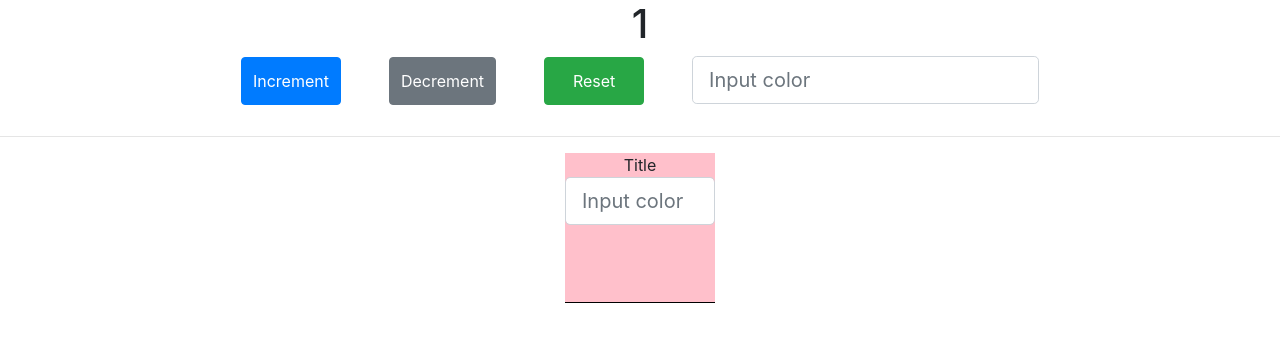
Repository: tts2610/redux-counter
Page: /
The author's editor kept a copy of each file at every save. The page is drawn from the files as they stood at one save, then again after a run of saves.
The browser window is 1280 px wide. The pictures show the whole page.
The project was rebuilt for these pictures with package versions that can differ from the ones it lists, and the page was loaded fresh each time.

Above is the page before, as saved 2020-06-09 19:07:52.

### src/index.js
import React from "react";
import ReactDOM from "react-dom";
import "./index.css";
import App from "./App";
import * as serviceWorker from "./serviceWorker";
import { createStore } from "redux";
import { Provider } from "react-redux";

const initialState = {
  count: 1,
  color: "pink",
  divArr: {},
};

// function countReducer(state = initialState, action) {
//   switch (action.type) {
//     case "INCREMENT":
//       return {
//         count: state.count + 1,
//         color: action.payload,
//       };
//     case "DECREMENT":
//       return {
//         count: state.count - 1 < 1 ? 1 : state.count - 1,
//         color: action.payload,
//       };
//     case "RESET":
//       return {
//         count: 1,
//         color: action.payload,
//       };
//     case "CHANGECOLOR":
//       return {
//         count: state.count,
//         color: action.payload,
//       };
//     case "CHANGEINDIVIDUAL":
//       return {
//         count: state.count,
//         color: action.payload,
//         divArr: (state.divArr[action.payload.id] = action.payload.color),
//       };
//     default:
//       return state;
//   }
// }

function reducer(state = initialState, action) {
  if (action.type === "INCREMENT") {
    state.count++;
  } else if (action.type === "DECREMENT") {
    state.count = state.count - 1 < 1 ? 1 : state.count - 1;
  } else if (action.type === "CHANGECOLOR") {
    state.color = action.payload.all;
  } else if (action.type === "CHANGEINDIVIDUAL") {
    state.divArr[action.payload.id] = action.payload.color;
  }
  state.divArr = { ...state.divArr };
  return { ...state };
}

const store = createStore(
  reducer,
  // Hooks up Redux Devtools
  window.__REDUX_DEVTOOLS_EXTENSION__ && window.__REDUX_DEVTOOLS_EXTENSION__()
);

ReactDOM.render(
  <Provider store={store}>
    <App />
  </Provider>,
  document.getElementById("root")
);

// If you want your app to work offline and load faster, you can change
// unregister() to register() below. Note this comes with some pitfalls.
// Learn more about service workers: https://bit.ly/CRA-PWA
serviceWorker.unregister();

### src/App.js
import React from "react";
import "./App.css";
import { useSelector, useDispatch } from "react-redux";
import "bootstrap/dist/css/bootstrap.min.css";
import { Form, Button } from "react-bootstrap";
import { findByLabelText } from "@testing-library/react";

function App() {
  const count = useSelector((state) => state.count);
  const color = useSelector((state) => state.color);
  const divArr = useSelector((state) => state.divArr);
  const dispatch = useDispatch();
  let divList = [];
  for (let index = 0; index < count; index++) {
    divList.push(
      <div
        style={{
          display: "flex",
          flexDirection: "column",
          width: "150px",
          height: "150px",
          backgroundColor: `${divArr[index] ? divArr[index] : color}`,
          margin: "0 auto",
          borderBottom: "1px solid black",
        }}
        value={index}
      >
        <div>Title</div>
        <Form.Group>
          <Form.Control
            size="lg"
            onChange={(e) => handleOnChange(e, index)}
            type="text"
            placeholder="Input color"
          />
        </Form.Group>
      </div>
    );
  }

  const handleOnChange = (e, id) => {
    dispatch({
      type: "CHANGEINDIVIDUAL",
      payload: { id: id, color: e.target.value },
    });
  };

  return (
    <div className="App">
      <h1>{count}</h1>
      <div
        style={{
          display: "flex",
          justifyContent: "center",
          alignItems: "baseline",
        }}
      >
        <Button
          onClick={() => dispatch({ type: "INCREMENT", payload: color })}
          variant="primary"
          className="mr-5"
          style={{ minWidth: "100px", padding: "11px" }}
        >
          Increment
        </Button>{" "}
        <Button
          onClick={() => dispatch({ type: "DECREMENT", payload: color })}
          variant="secondary"
          className="mr-5"
          style={{ minWidth: "100px", padding: "11px" }}
        >
          Decrement
        </Button>{" "}
        <Button
          onClick={() => dispatch({ type: "RESET", payload: color })}
          variant="success"
          className="mr-5"
          style={{ minWidth: "100px", padding: "11px" }}
        >
          Reset
        </Button>{" "}
        <Form.Group>
          <Form.Control
            size="lg"
            onChange={(e) =>
              dispatch({
                type: "CHANGECOLOR",
                payload: {
                  all: e.target.value === "" ? "pink" : e.target.value,
                },
              })
            }
            type="text"
            placeholder="Input color"
          />
        </Form.Group>
      </div>
      <hr></hr>
      {divList}
    </div>
  );
}

export default App;

Loaded but not shown: public/index.html (common file); src/index.css (common file); src/serviceWorker.js (common file); src/App.css (common file)

After the next 2 saves:
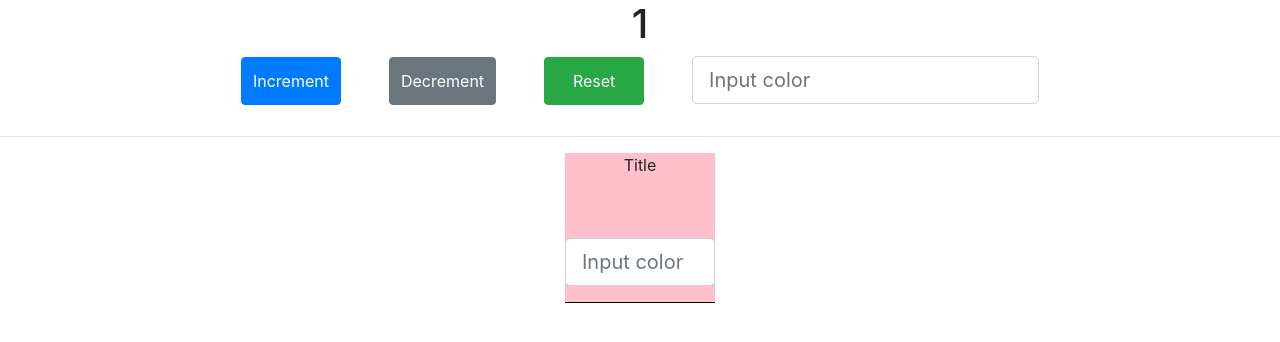
The 2 saves are shown as one change because they came seconds apart.
The last was saved 19 s later.
--- a/src/App.js
+++ b/src/App.js
@@ -17,6 +17,7 @@ function App() {
         style={{
           display: "flex",
           flexDirection: "column",
+          justifyContent: "space-between",
           width: "150px",
           height: "150px",
           backgroundColor: `${divArr[index] ? divArr[index] : color}`,
